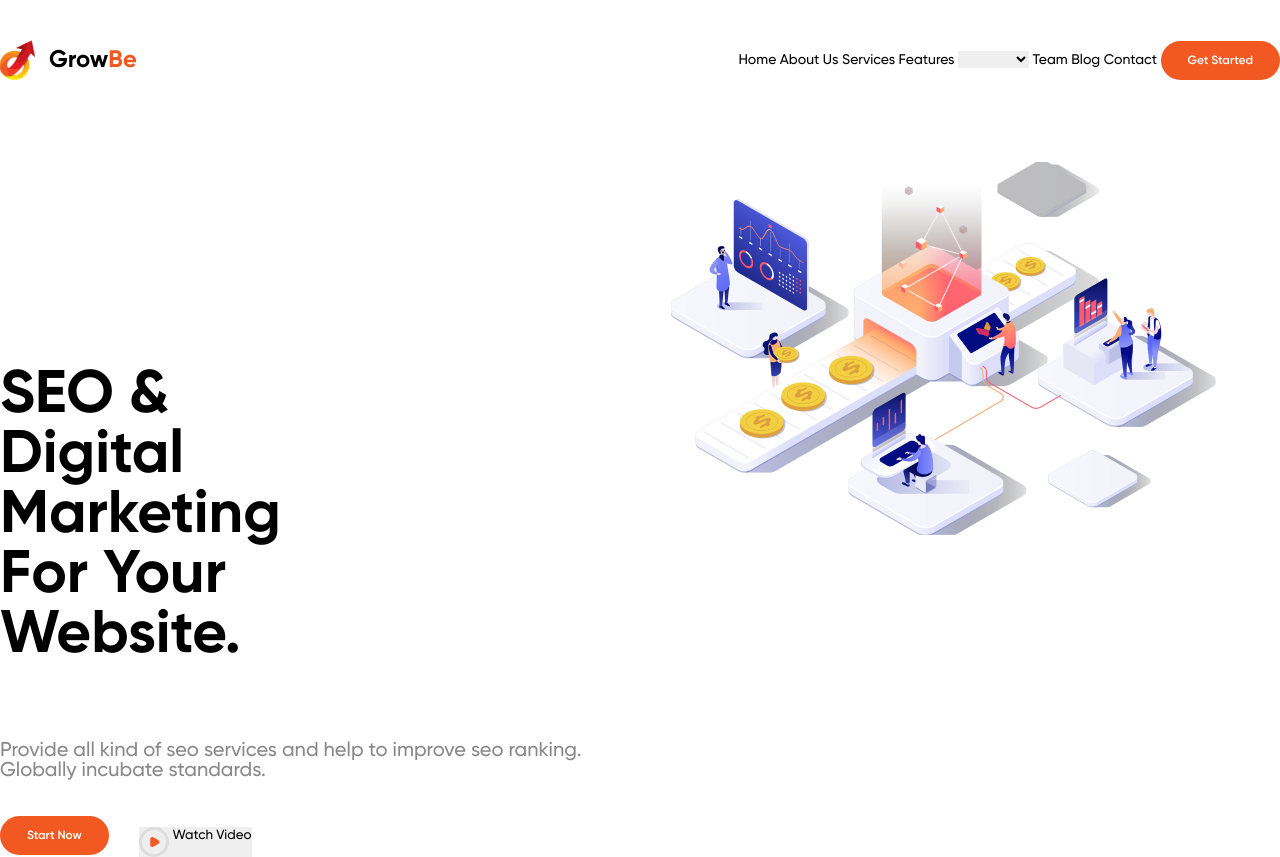
Repository: Alekseiy1980/GrowBe
Page: index.html
These files come from the project's save history. The page is drawn as it stood at one moment and after the next save; the edit follows.
The browser window is 1280 px wide. The pictures show the whole page.

Above is the page before, as saved 2024-01-20 13:42:22.

After the next save:
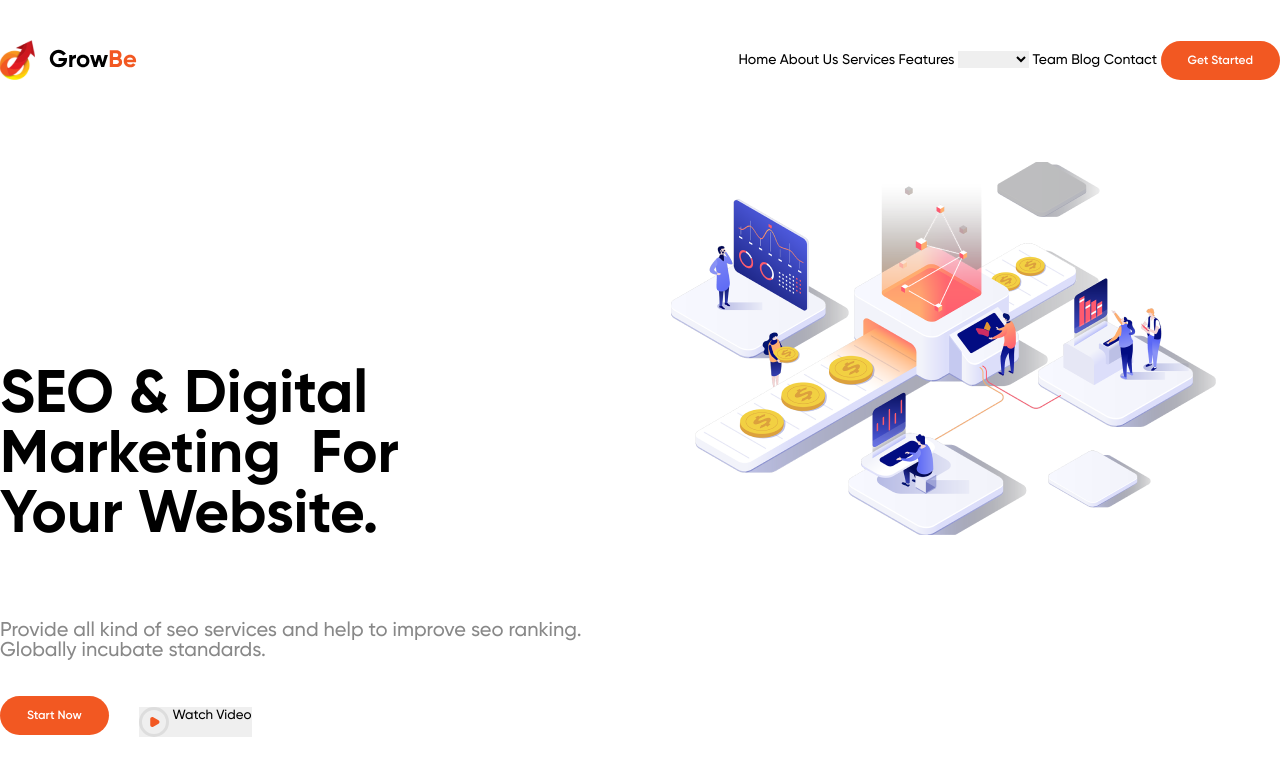
Saved 63 s later.
--- a/css/style.css
+++ b/css/style.css
@@ -86,7 +86,7 @@ header {
     margin-bottom: 17px;
     padding-right: 40px;
     padding-top: 80px;
-    width: 400px;
+    width: 522px;
     white-space: pre-wrap;
 }
 
